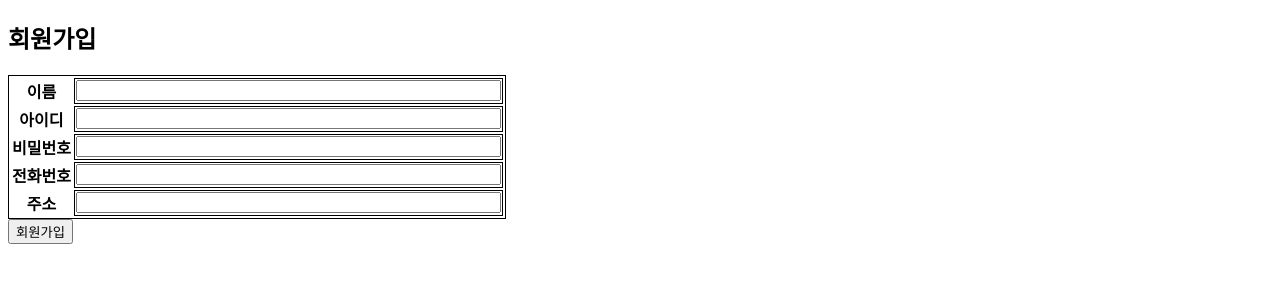
Repository: johwon/jspStudy
Page: jspStudy/src/main/webapp/member/member.html
An editor plug-in stored every save of this project. The page is shown before and after the next save, followed by the edit.
The browser window is 1280 px wide. The pictures show the whole page.

Above is the page before, as saved 2024-12-03 07:55:42.

After the next save:
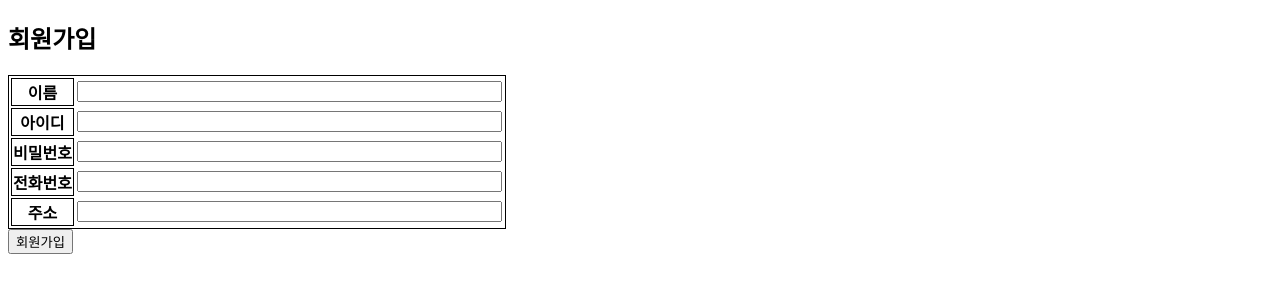
Saved 7 s later.
--- a/jspStudy/src/main/webapp/member/member.html
+++ b/jspStudy/src/main/webapp/member/member.html
@@ -5,7 +5,7 @@
 <title>회원가입</title>
 </head>
 <style>
-table, tr, td {
+table, tr, th {
 	border: 1px solid black;
 }
 </style>
